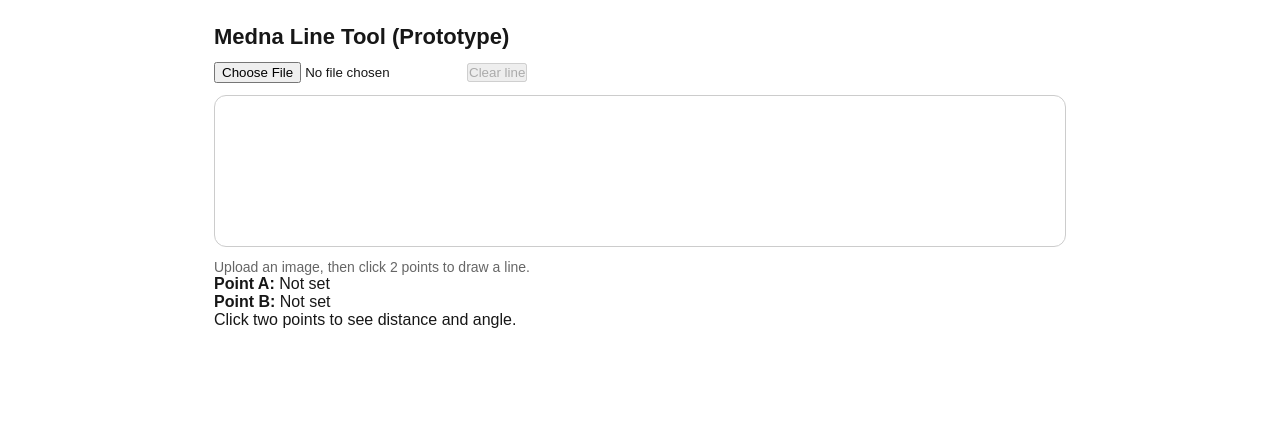
Repository: Sumaiya43/medna-tools
Page: /
An editor plug-in stored every save of this project. The page is shown before and after the next save, followed by the edit.
The browser window is 1280 px wide. The pictures show the whole page.
The project was rebuilt for these pictures with package versions that can differ from the ones it lists, and the page was loaded fresh each time. The framework's server and built-in components were replaced by stand-ins that run in the browser. Also part of the build but not shown: next.config.mjs.

Above is the page before, as saved 2026-02-26 02:54:45.

### src/app/layout.js
import { Geist, Geist_Mono } from "next/font/google";
import "./globals.css";

const geistSans = Geist({
  variable: "--font-geist-sans",
  subsets: ["latin"],
});

const geistMono = Geist_Mono({
  variable: "--font-geist-mono",
  subsets: ["latin"],
});

export const metadata = {
  title: "Medna Medical Equipment",
  description:
    "Medna Medical Equipment is a leading provider of high-quality medical equipment and supplies. We offer a wide range of products to meet the needs of healthcare professionals and institutions. Our commitment to excellence and customer satisfaction sets us apart in the industry.",
};

export default function RootLayout({ children }) {
  return (
    <html lang="en">
      <body className={`${geistSans.variable} ${geistMono.variable}`}>
        {children}
      </body>
    </html>
  );
}

### src/app/page.js
"use client";

import { useRef, useState } from "react";
import styles from "./page.module.css";

export default function Home() {
  const canvasRef = useRef(null);

  const [imgObj, setImgObj] = useState(null);
  const [A, setA] = useState(null); // first click point
  const [B, setB] = useState(null); // second click point

  // Draw image + (optional) line
  function draw(image, a, b) {
    const canvas = canvasRef.current;
    if (!canvas) return;

    const ctx = canvas.getContext("2d");
    if (!ctx) return;

    // Canvas same size as image
    canvas.width = image.width;
    canvas.height = image.height;

    // Draw image
    ctx.clearRect(0, 0, canvas.width, canvas.height);
    ctx.drawImage(image, 0, 0);

    // Draw ONLY the line (no circles)
    if (a && b) {
      ctx.beginPath();
      ctx.moveTo(a.x, a.y);
      ctx.lineTo(b.x, b.y);
      ctx.lineWidth = 3;
      ctx.strokeStyle = "#FFD166"; // yellow/gold
      ctx.stroke();
    }
  }

  // Upload image
  function handleUpload(e) {
    const file = e.target.files?.[0];
    if (!file) return;

    const url = URL.createObjectURL(file);

    const image = new Image();
    image.onload = () => {
      setImgObj(image);
      setA(null);
      setB(null);
      draw(image, null, null);
    };
    image.src = url;
  }

  // Click on canvas: 1st click = A, 2nd click = B, 3rd click starts again
  function handleCanvasClick(e) {
    if (!imgObj) return;

    const canvas = canvasRef.current;
    const rect = canvas.getBoundingClientRect();

    const x = e.clientX - rect.left;
    const y = e.clientY - rect.top;
    const p = { x, y };

    if (!A) {
      setA(p);
      draw(imgObj, p, null);
      return;
    }

    if (!B) {
      setB(p);
      draw(imgObj, A, p);
      return;
    }

    // start new measurement
    setA(p);
    setB(null);
    draw(imgObj, p, null);
  }

  // Calculations (only when A and B exist)
  let distancePx = null;
  let angleDeg = null;

  if (A && B) {
    const dx = B.x - A.x;
    const dy = B.y - A.y;

    distancePx = Math.sqrt(dx * dx + dy * dy);

    // angle in degrees
    angleDeg = (Math.atan2(dy, dx) * 180) / Math.PI;
  }

  function clearPoints() {
    if (!imgObj) return;
    setA(null);
    setB(null);
    draw(imgObj, null, null);
  }

  return (
    <main className={styles.main}>
      <h1 className={styles.title}>Medna Line Tool (Prototype)</h1>

      <div className={styles.controls}>
        <input
          className={styles.upload}
          type="file"
          accept="image/*"
          onChange={handleUpload}
        />

        <button className={styles.btn} onClick={clearPoints} disabled={!imgObj}>
          Clear line
        </button>
      </div>

      <div className={styles.canvasBox}>
        <canvas
          ref={canvasRef}
          className={styles.canvas}
          onClick={handleCanvasClick}
        />
      </div>

      {!imgObj && (
        <p className={styles.note}>
          Upload an image, then click 2 points to draw a line.
        </p>
      )}

      <div className={styles.infoBox}>
        <div>
          <b>Point A:</b>{" "}
          {A ? `${A.x.toFixed(1)}, ${A.y.toFixed(1)}` : "Not set"}
        </div>
        <div>
          <b>Point B:</b>{" "}
          {B ? `${B.x.toFixed(1)}, ${B.y.toFixed(1)}` : "Not set"}
        </div>

        {A && B ? (
          <>
            <div>
              <b>Distance:</b> {distancePx.toFixed(2)} px
            </div>
            <div>
              <b>Angle:</b> {angleDeg.toFixed(2)}°
            </div>
            <div className={styles.tip}>
              Tip: click again to start a new line.
            </div>
          </>
        ) : (
          <div className={styles.tip}>
            Click two points to see distance and angle.
          </div>
        )}
      </div>
    </main>
  );
}

### src/app/globals.css
:root {
  --background: #ffffff;
  --foreground: #171717;
}

@media (prefers-color-scheme: dark) {
  :root {
    --background: #f2efef;
    --foreground: #090808;
  }
}

html,
body {
  max-width: 100vw;
  overflow-x: hidden;
}

body {
  color: var(--foreground);
  background: var(--background);
  font-family: Arial, Helvetica, sans-serif;
  -webkit-font-smoothing: antialiased;
  -moz-osx-font-smoothing: grayscale;
}

* {
  box-sizing: border-box;
  padding: 0;
  margin: 0;
}

a {
  color: inherit;
  text-decoration: none;
}

@media (prefers-color-scheme: dark) {
  html {
    color-scheme: dark;
  }
}

### src/app/page.module.css
.main {
  max-width: 900px;
  height: 70vh;
  margin: 0 auto;
  padding: 24px;
  font-family: Arial, sans-serif;
}

.title {
  margin: 0 0 12px;
  font-size: 22px;
}

.upload {
  margin-bottom: 12px;
}

.canvasBox {
  border: 1px solid #ccc;
  border-radius: 12px;
  overflow: auto;
  background: white;
}

.canvas {
  display: block;
  max-width: 100%;
  cursor: crosshair;
}

.note {
  margin-top: 12px;
  color: #666;
  font-size: 14px;
}

After the next save:
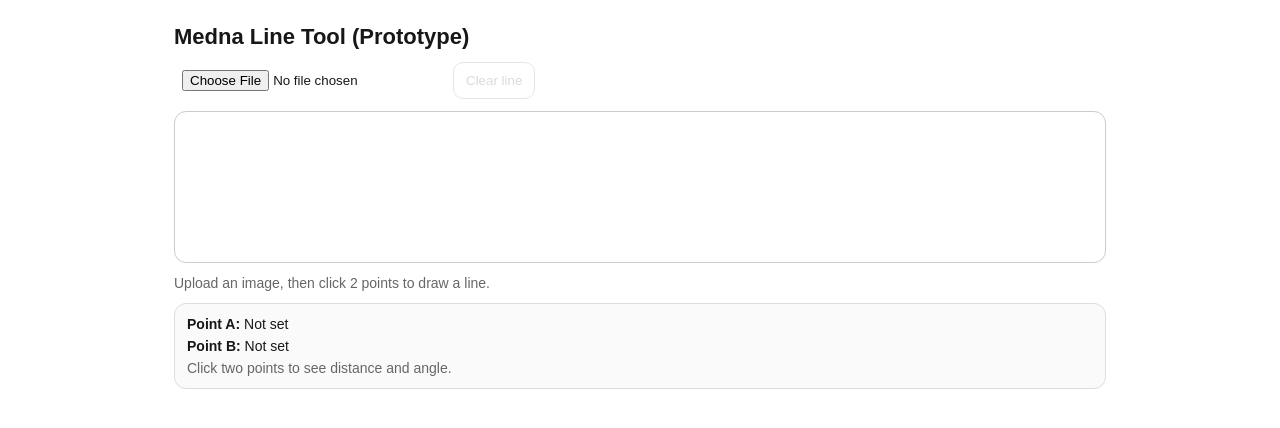
Saved 26 s later.
--- a/src/app/page.module.css
+++ b/src/app/page.module.css
@@ -1,6 +1,5 @@
 .main {
-  max-width: 900px;
-  height: 70vh;
+  max-width: 980px;
   margin: 0 auto;
   padding: 24px;
   font-family: Arial, sans-serif;
@@ -11,8 +10,28 @@
   font-size: 22px;
 }
 
+.controls {
+  display: flex;
+  gap: 10px;
+  align-items: center;
+  margin-bottom: 12px;
+}
+
 .upload {
-  margin-bottom: 12px;
+  padding: 8px;
+}
+
+.btn {
+  padding: 10px 12px;
+  border: 1px solid #ccc;
+  border-radius: 10px;
+  background: white;
+  cursor: pointer;
+}
+
+.btn:disabled {
+  opacity: 0.5;
+  cursor: not-allowed;
 }
 
 .canvasBox {
@@ -33,3 +52,18 @@
   color: #666;
   font-size: 14px;
 }
+
+.infoBox {
+  margin-top: 12px;
+  padding: 12px;
+  border: 1px solid #ddd;
+  border-radius: 12px;
+  background: #fafafa;
+  display: grid;
+  gap: 6px;
+  font-size: 14px;
+}
+
+.tip {
+  color: #666;
+}
